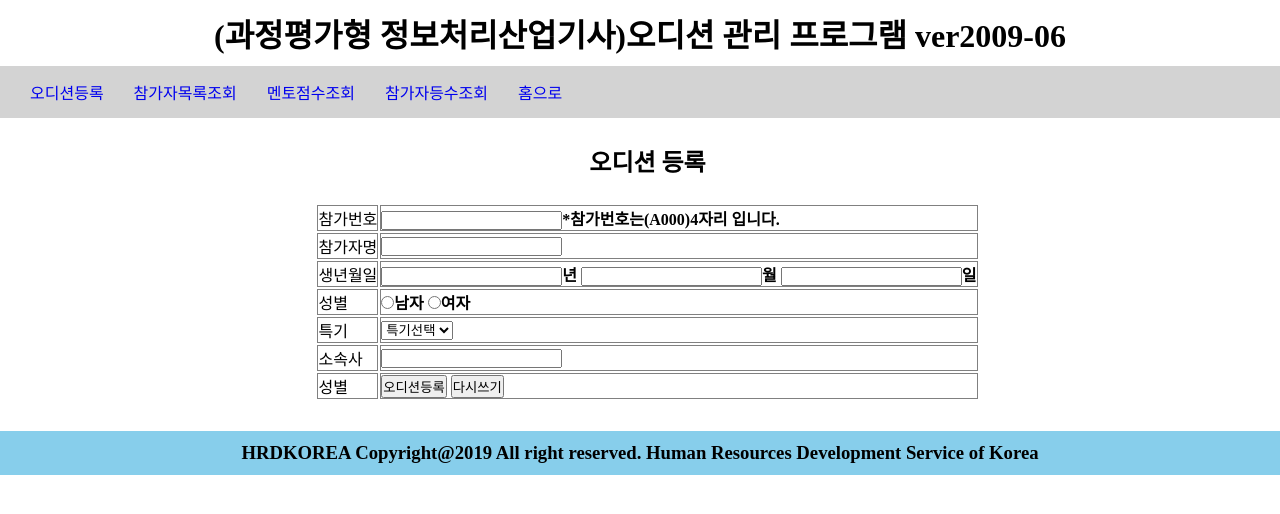
Repository: chyun94/JSP-
Page: http://localhost/Kingdom/insert.jsp
An editor plug-in stored every save of this project. The page is shown before and after the next save, followed by the edit.
The browser window is 1280 px wide. The pictures show the whole page.
The page is served by Tomcat 9.

Above is the page before, as saved 2021-05-11 12:13:27.

After the next save:
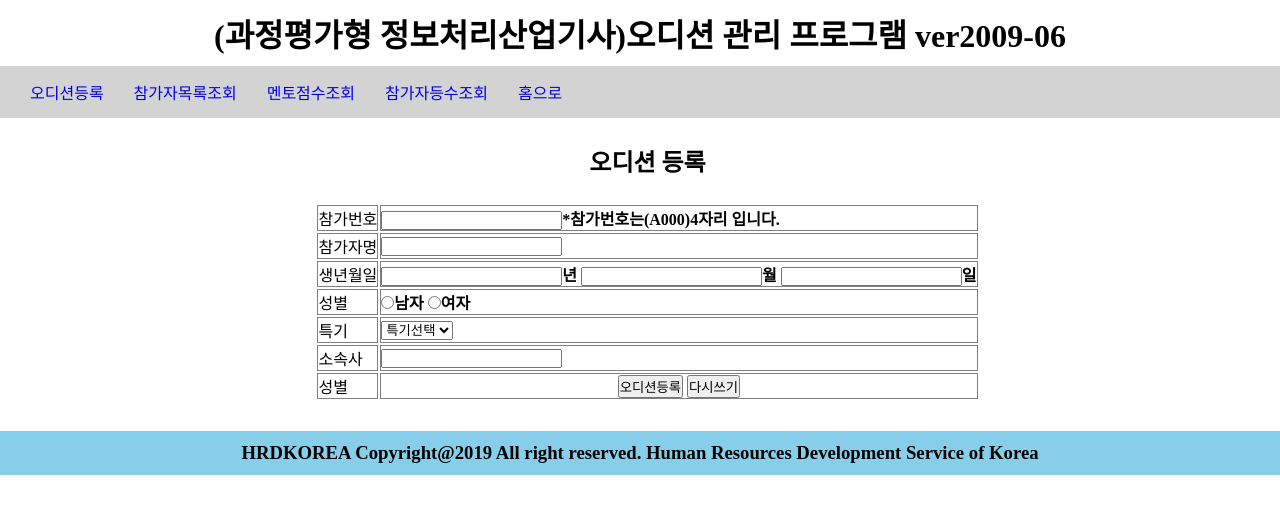
Saved 33 s later.
--- a/Kingdom/WebContent/insert.jsp
+++ b/Kingdom/WebContent/insert.jsp
@@ -153,10 +153,10 @@ text-align: center; background: skyblue; padding: 11px;
 					<input type="text" name="join">
 				</th>
 			</tr>
-			<tr style="text-align: center;">
+			<tr>
 				<td>성별</td>
-				<th>
-					<input type="button" onclick="send()" value="오디션등록">
+				<th  style="text-align: center;">
+					<input type="button" onclick="send()" value="오디션등록" >
 					<input type="button" onclick="re()" value="다시쓰기">
 				</th>
 			</tr>
